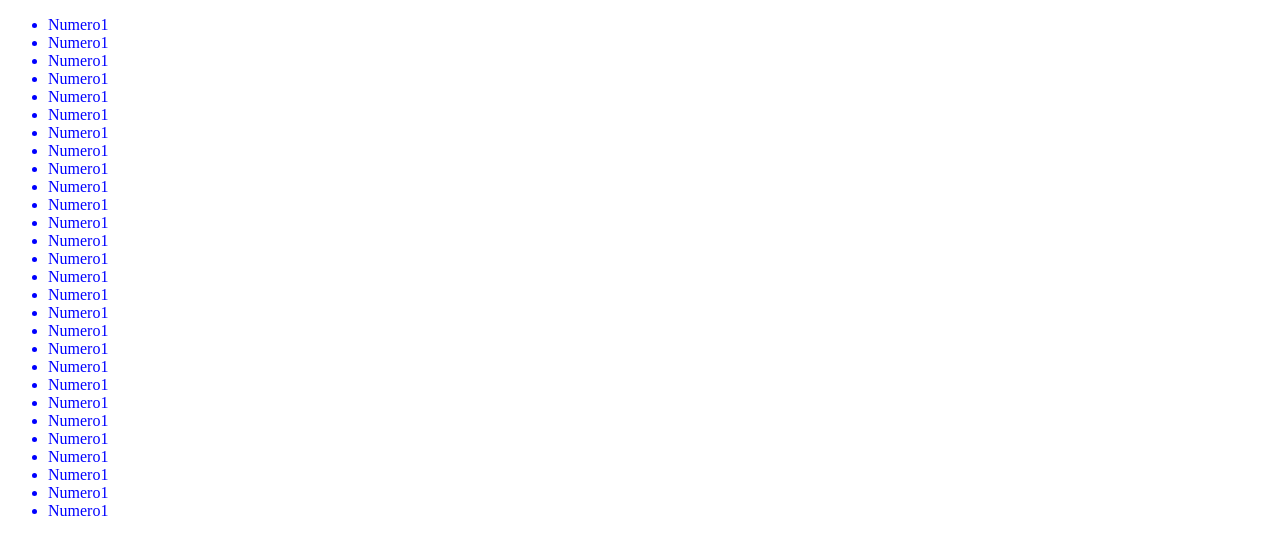
Repository: elbrodelche/ada-portfolio
Page: img/index.html
These files come from the project's save history. The page is drawn as it stood at one moment and after the next save; the edit follows.
The browser window is 1280 px wide. The pictures show the whole page.

Above is the page before, as saved 2021-01-23 19:09:35.

### img/index.html
<!DOCTYPE html>
<html lang="en">
<head>
    <meta charset="UTF-8">
    <meta name="viewport" content="width=device-width, initial-scale=1.0">
    <title>Document</title>
    <style>
        .mari{
            color: red;
        }
         .clara{
            color: pink;
        }
        .erika{
            color: blue;
        }
        .mari{
            color: red;
        }
         .clara{
            color: pink;
        }
        .erika{
            color: blue;
        }
        .mari{
            color: red;
        }
         .clara{
            color: pink;
        }
        .erika{
            color: blue;
        }
        .mari{
            color: red;
        }
         .clara{
            color: pink;
        }
        .erika{
            color: blue;
        }
        .mari{
            color: red;
        }
         .clara{
            color: pink;
        }
        .erika{
            color: blue;
        }
        .mari{
            color: red;
        }
         .clara{
            color: pink;
        }
        .erika{
            color: blue;
        }
        .mari{
            color: red;
        }
         .clara{
            color: pink;
        }
        .erika{
            color: blue;
        }
        .mari{
            color: red;
        }
         .clara{
            color: pink;
        }
        .erika{
            color: blue;
        }
        .mari{
            color: red;
        }
         .clara{
            color: pink;
        }
        .erika{
            color: blue;
        }
        .mari{
            color: red;
        }
         .clara{
            color: pink;
        }
        .erika{
            color: blue;
        }
        .mari{
            color: red;
        }
         .clara{
            color: pink;
        }
        .erika{
            color: blue;
        }
    </style>
</head>
<body>
    <ul>
        <li class="mari clara erika">Numero1</li>
        <li class="mari clara erika">Numero1</li>
        <li class="mari clara erika">Numero1</li>
        <li class="mari clara erika">Numero1</li>
        <li class="mari clara erika">Numero1</li>
        <li class="mari clara erika">Numero1</li>
        <li class="mari clara erika">Numero1</li>
        <li class="mari clara erika">Numero1</li>
        <li class="mari clara erika">Numero1</li>
        <li class="mari clara erika">Numero1</li>
        <li class="mari clara erika">Numero1</li>
        <li class="mari clara erika">Numero1</li>
        <li class="mari clara erika">Numero1</li>
        <li class="mari clara erika">Numero1</li>
        <li class="mari clara erika">Numero1</li>
        <li class="mari clara erika">Numero1</li>
        <li class="mari clara erika">Numero1</li>
        <li class="mari clara erika">Numero1</li>
        <li class="mari clara erika">Numero1</li>
        <li class="mari clara erika">Numero1</li>
        <li class="mari clara erika">Numero1</li>
        <li class="mari clara erika">Numero1</li>
        <li class="mari clara erika">Numero1</li>
        <li class="mari clara erika">Numero1</li>
        <li class="mari clara erika">Numero1</li>
        <li class="mari clara erika">Numero1</li>
        <li class="mari clara erika">Numero1</li>
        <li class="mari clara erika">Numero1</li>



    </ul>
</body>
</html>

After the next save:
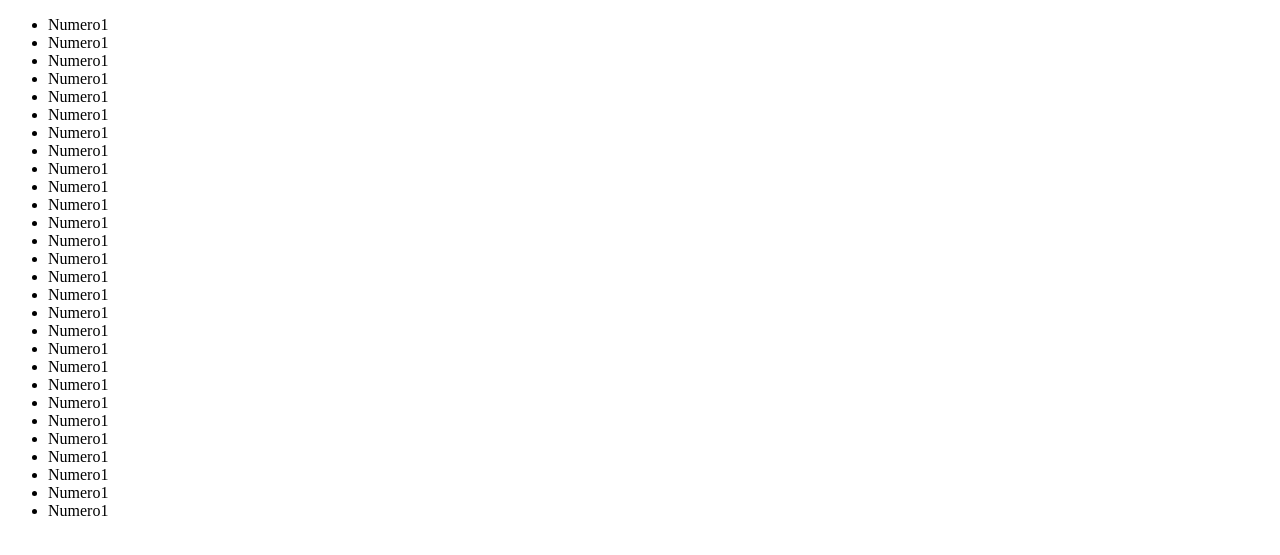
Saved 27 s later.
--- a/img/index.html
+++ b/img/index.html
@@ -5,105 +5,7 @@
     <meta name="viewport" content="width=device-width, initial-scale=1.0">
     <title>Document</title>
     <style>
-        .mari{
-            color: red;
-        }
-         .clara{
-            color: pink;
-        }
-        .erika{
-            color: blue;
-        }
-        .mari{
-            color: red;
-        }
-         .clara{
-            color: pink;
-        }
-        .erika{
-            color: blue;
-        }
-        .mari{
-            color: red;
-        }
-         .clara{
-            color: pink;
-        }
-        .erika{
-            color: blue;
-        }
-        .mari{
-            color: red;
-        }
-         .clara{
-            color: pink;
-        }
-        .erika{
-            color: blue;
-        }
-        .mari{
-            color: red;
-        }
-         .clara{
-            color: pink;
-        }
-        .erika{
-            color: blue;
-        }
-        .mari{
-            color: red;
-        }
-         .clara{
-            color: pink;
-        }
-        .erika{
-            color: blue;
-        }
-        .mari{
-            color: red;
-        }
-         .clara{
-            color: pink;
-        }
-        .erika{
-            color: blue;
-        }
-        .mari{
-            color: red;
-        }
-         .clara{
-            color: pink;
-        }
-        .erika{
-            color: blue;
-        }
-        .mari{
-            color: red;
-        }
-         .clara{
-            color: pink;
-        }
-        .erika{
-            color: blue;
-        }
-        .mari{
-            color: red;
-        }
-         .clara{
-            color: pink;
-        }
-        .erika{
-            color: blue;
-        }
-        .mari{
-            color: red;
-        }
-         .clara{
-            color: pink;
-        }
-        .erika{
-            color: blue;
-        }
+
     </style>
 </head>
 <body>
